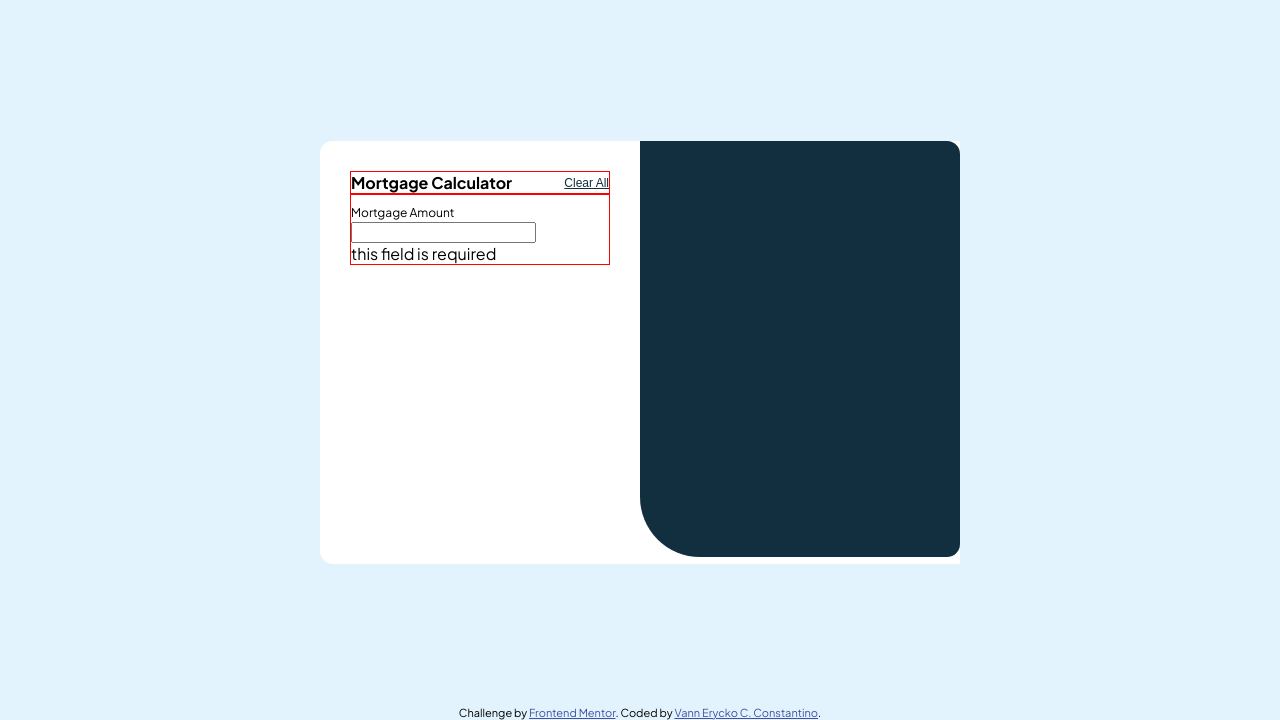
Repository: kocokoy/mortgage-repayment-calculator
Page: index.html
An editor plug-in stored every save of this project. The page is shown before and after the next save, followed by the edit.
The browser window is 1280 px wide. The pictures show the whole page.

Above is the page before, as saved 2024-10-29 10:38:03.

### index.html
<!DOCTYPE html>
<html lang="en">
<head>
  <meta charset="UTF-8">
  <meta name="viewport" content="width=device-width, initial-scale=1.0"> <!-- displays site properly based on user's device -->

  <link rel="icon" type="image/png" sizes="32x32" href="./assets/images/favicon-32x32.png">
  <link rel="stylesheet" href="/styles/style.css">
  <link rel="preconnect" href="https://fonts.googleapis.com">
<link rel="preconnect" href="https://fonts.gstatic.com" crossorigin>
<link href="https://fonts.googleapis.com/css2?family=Karla:ital,wght@0,200..800;1,200..800&family=Plus+Jakarta+Sans:ital,wght@0,200..800;1,200..800&family=Red+Hat+Text:ital,wght@0,300..700;1,300..700&display=swap" rel="stylesheet">

  <title>Frontend Mentor | Mortgage repayment calculator</title>
</head>
<body>
  <div class="container">
    <div class="container-card">
      <div class="mortgage-calculator-side">
        <div class="mortgage-calculator-header">
          <p>Mortgage Calculator</p>
          <button>Clear All</button>
        </div>
        <div class="mortgage-calculator-amount">
          <p>Mortgage Amount</p>
          <div class="mortgage-calculator-amount-input">
            <div></div>
            <input type="text">
          </div>
          <div>
            this field is required
          </div>
        </div>
        <div></div>
        <div></div>
        <div></div>
      </div>
      <div class="result-side"></div>
    </div>
  </div>


  <div class="attribution">
    Challenge by <a href="https://www.frontendmentor.io?ref=challenge">Frontend Mentor</a>.
    Coded by <a href="#">Vann Erycko C. Constantino</a>.
  </div>
</body>
</html>

### styles/style.css
:root{
/* Primary */

--lime: hsl(61, 70%, 52%);
--red: hsl(4, 69%, 50%);

/* Neutral */

--white: hsl(0, 0%, 100%);
--slate100: hsl(202, 86%, 94%);
--slate300: hsl(203, 41%, 72%);
--slate500: hsl(200, 26%, 54%);
--slate700: hsl(200, 24%, 40%);
--slate900: hsl(202, 55%, 16%);
}

.attribution {
  font-size: 11px; text-align: center;
 }
.attribution a {
  color: hsl(228, 45%, 44%);
 }

body{
  margin: 0;
  padding: 0;
  font-family: Plus Jakarta Sans;
  background-color: var(--slate100);
}
.container{
  height: 98vh;
  display: flex;
  flex-direction: column;
  justify-content: center;
  align-items: center;
}
.container-card{
  display: flex;
  flex-direction: row;
  height: 60%;
  width: 50%;
  background-color: var(--white);
  border-bottom-left-radius: 13px;
  border-top-left-radius: 13px;

}
.mortgage-calculator-side{
height: 84%;
width: 50%;
background-color: var(--white);
border-bottom-left-radius: 13px;
border-top-left-radius: 13px;
padding: 30px;

}
.result-side{
  height: 84%;
  width: 50%;
  padding: 30px;
  overflow: hidden;
  background-color: var(--slate900);
  border-bottom-left-radius: 60px;
  border-bottom-right-radius: 13px;
  border-top-right-radius: 13px;
}

/*Mortgage Calculator Header */
.mortgage-calculator-header{
  border: 1px solid red;
  display: flex;
  flex-direction: row;
  align-items: center;
  justify-content: space-between;
}
.mortgage-calculator-header p{
 margin: 0;
 font-weight: 700;
}
.mortgage-calculator-header button{
 margin: 0;
 font-weight: 500;
 font-size: 12px;
 color: var(--slate900);
 background-color: var(--white);
 text-decoration: underline;
 cursor: pointer;
 border: none;
 padding: 0;
}

/*Mortgage Calculator Amount  */
.mortgage-calculator-amount{
  padding-top: 10px ;
  border: 1px solid red;
  display: flex;
  flex-direction: column;
}
.mortgage-calculator-amount p{
  margin: 0;
  font-size: 12px;
}

After the next save:
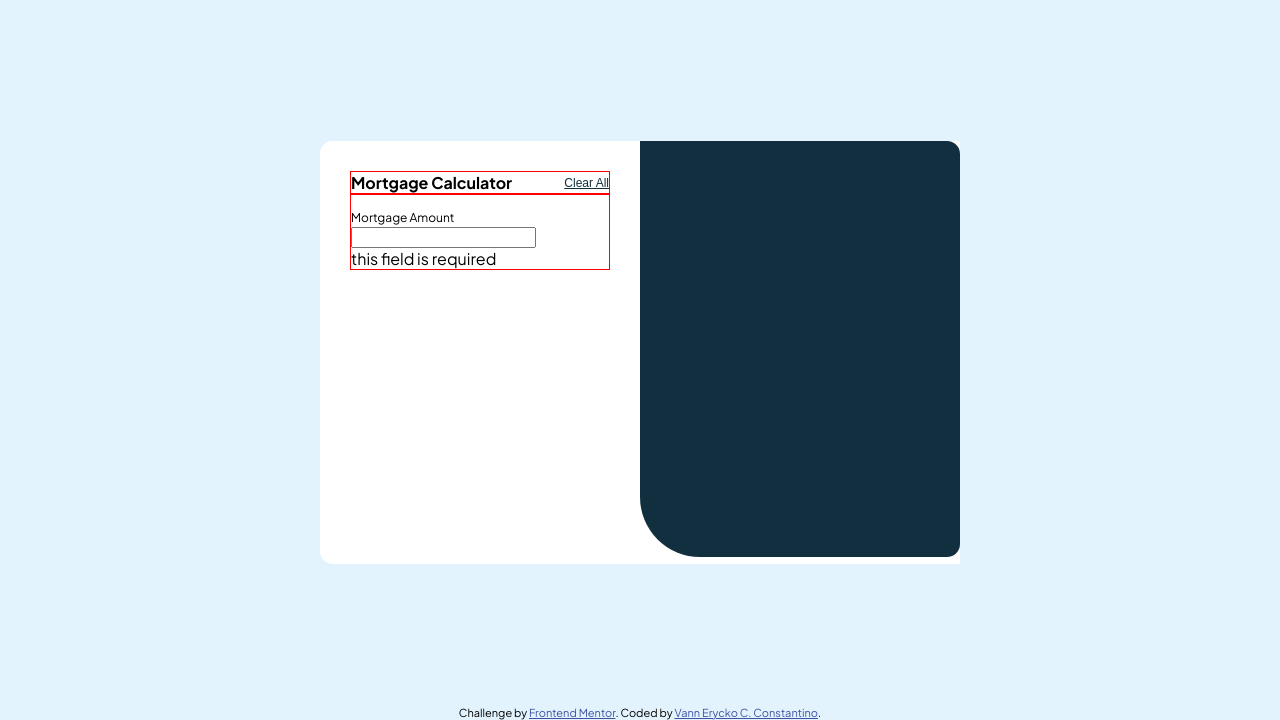
Saved 4 s later.
--- a/styles/style.css
+++ b/styles/style.css
@@ -90,7 +90,7 @@ padding: 30px;
 
 /*Mortgage Calculator Amount  */
 .mortgage-calculator-amount{
-  padding-top: 10px ;
+  padding-top: 15px ;
   border: 1px solid red;
   display: flex;
   flex-direction: column;
